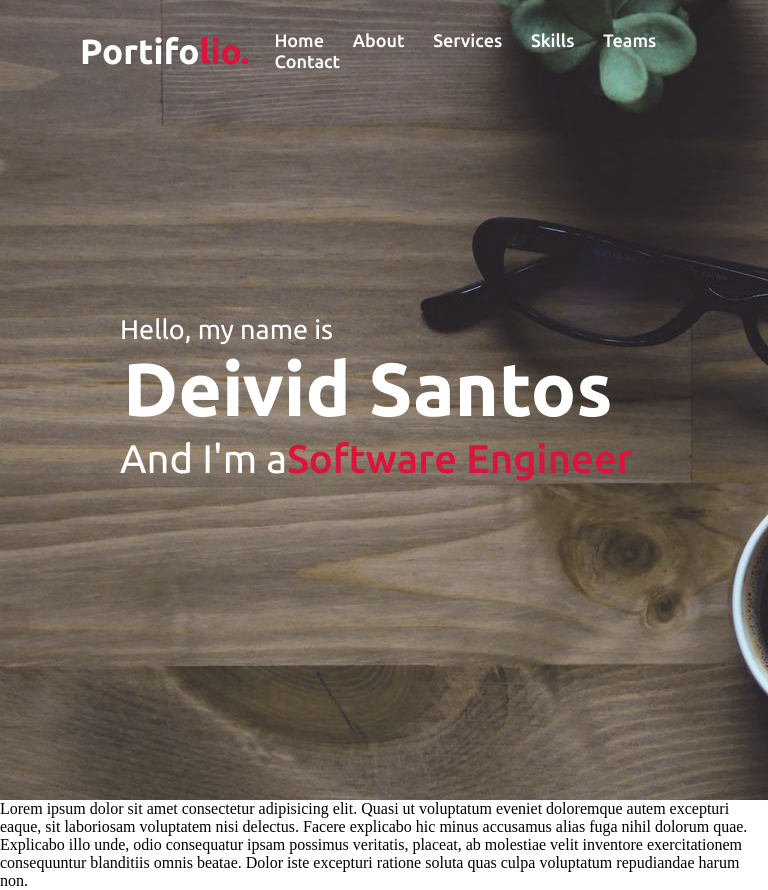
Repository: deividwsantoss/portfolio
Page: index.html
An editor plug-in stored every save of this project. The page is shown before and after the next save, followed by the edit.
The browser window is 768 px wide. The pictures show the whole page.
Some web libraries are served in a nearby version.

Above is the page before, as saved 2021-03-01 21:08:06.

### index.html
<!DOCTYPE html>
<html lang="en">
    <head>
        <meta charset="UTF-8">
        <meta name="viewport" content="width=device-width, initial-scale=1.0">
       <title>Deivid Santos Portfolio</title>
        <link rel="stylesheet" href="/Content/style.css">
        <script src="https://kit.fontawesome.com/a076d05399.js"></script>
        <script  src="https://code.jquery.com/jquery-3.5.1.min.js"></script>
    </head>
<body>
    <nav class="navbar">
        <div class="max-width">
            <div class="logo"><a href="#">Portifo<span>lio.</span></a></div>
            <ul class="menu">
                <li><a href="#home" class="menu-btn">Home</a></li>
                <li><a href="#about" class="menu-btn">About</a></li>
                <li><a href="#services" class="menu-btn">Services</a></li>
                <li><a href="#skills" class="menu-btn">Skills</a></li>
                <li><a href="#teams" class="menu-btn">Teams</a></li>
                <li><a href="#contact" class="menu-btn">Contact</a></li>
            </ul>
            <div class="menu-btn">
                <i class="fas fa-bars"></i>
            </div>
        </div>
    </nav>

    <!-- Home Section Start -->
    <section class="home" id="home">
        <div class="max-width">
            <div class="home-content">
                <div class="text-1">Hello, my name is </div>
                <div class="text-2">Deivid Santos</div>
                <div class="text-3">And I'm a<span>Software Engineer</span></div>
            </div>
        </div>
    </section>

    <p>Lorem ipsum dolor sit amet consectetur adipisicing elit. Quasi ut voluptatum eveniet doloremque autem excepturi eaque,
        sit laboriosam voluptatem nisi delectus. Facere explicabo hic minus accusamus alias fuga nihil dolorum quae. Explicabo illo unde,
        odio consequatur ipsam possimus veritatis, placeat, ab molestiae velit inventore exercitationem consequuntur blanditiis omnis beatae.
        Dolor iste excepturi ratione soluta quas culpa voluptatum repudiandae harum non.</p>


    <script src="./Scripts/script.js"></script>
</body>
</html>

### Content/style.css
@import url('https://fonts.googleapis.com/css2?family=Poppins:wght@400;500;600;700&family=Ubuntu:wght@400;500;700&display=swap');

*{
    margin: 0;
    padding: 0;
    box-sizing: border-box;
    text-decoration: none;
}
/* Navbar styling */
.navbar{
    position: fixed;
    width: 100%;
    z-index: 999;
    padding: 30px 0;
    font-family: 'Ubuntu', sans-serif;
    transition: all 0.3s ease;
}
.navbar.sticky{
    padding: 15px 0;
    background: crimson;
}
.navbar .max-width{
    display: flex;
    align-items: center;
    justify-content: space-between;
}
.navbar .logo a{
    color: #fff;
    font-size: 35px;
    font-weight: 600;
}
.navbar .logo a span{
    color: crimson;
    transition: all 0.3s ease;
}
.navbar.sticky .logo a span{
    color: #fff;
}
.navbar .menu li{
    list-style: none;
    display: inline-block;
}
.navbar .menu li a{
    display: block;
    color: #fff;
    font-size: 18px;
    font-weight: 500;
    margin-left: 25px;
    transition: color 0.3s ease;
}
.navbar .menu li a:hover{
    color: crimson;
}
.navbar.sticky .menu li a:hover{
    color: #fff;
}

/* menu btn styling */
.menu-btn{
    color: #fff;
    font-size: 23px;
    cursor: pointer;
    display: none;

}

/* Home Section Styling */

.home{
    display: flex;
    background: url("/images/banner.jpg") no-repeat center;
    height: 100vh;
    color: #fff;
    min-height: 500px;
    font-family: 'Ubuntu', sans-serif;
}
.home .max-width{
    margin: auto 0 auto 40px;
}
.home .home-content .text-1{

    font-size: 27px;
}
.home .home-content .text-2{

    font-size:  75px;
    font-weight: 600;
    margin-left: 3px;
}
.home .home-content .text-3{

    font-size:  40px;
    margin: 5px 0;
}
.home .home-content .text-3 span{

   color: crimson;
   font-weight: 500;

}

/* Responsive media query start */

@media (max-width:991px){
    .max-width{
        max-width: 1300px;
        padding: 0 80px;
        margin: auto;
    }

}

### Scripts/script.js
$(document).ready(function(){
    $(window).scroll(function(){
        if(this.scrollY> 20){
            $('navbar').addClass("sticky");
        }else{
            $('navbar').removeClass("sticky")
        }
    })
});

After the next save:
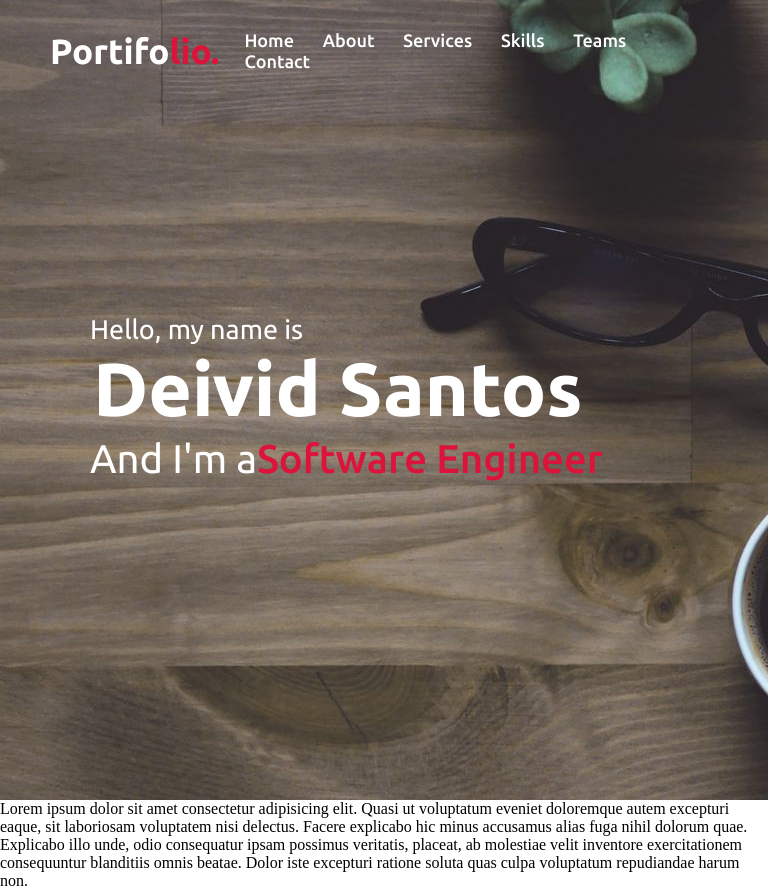
Saved 4 min 3 s later.
--- a/Content/style.css
+++ b/Content/style.css
@@ -103,9 +103,9 @@
 
 @media (max-width:991px){
     .max-width{
-        max-width: 1300px;
-        padding: 0 80px;
-        margin: auto;
+
+        padding: 0 50px;
+
     }
 
 }
